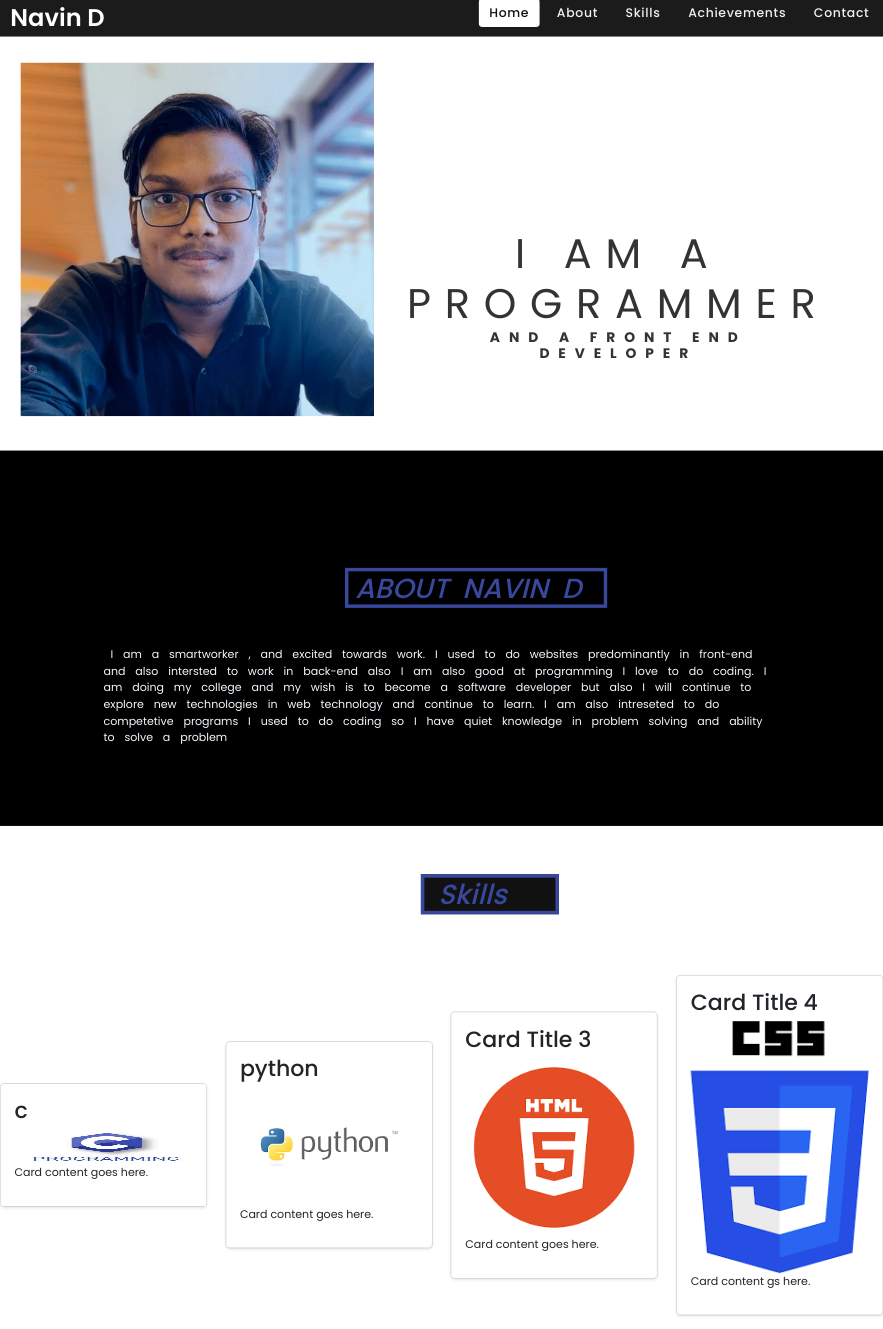
Repository: NavinDayanithi/OIBSIP
Page: Portfolio/index.html
An editor plug-in stored every save of this project. The page is shown before and after the next save, followed by the edit.
The browser window is 1280 px wide. The pictures show the whole page, at 69% of full size.

Above is the page before, as saved 2023-02-21 20:11:56.
Console error: TypeError: Cannot read properties of undefined (reading 'fn')

### Portfolio/index.html
<!DOCTYPE html>
<!-- Created By CodingNepal -->
<html lang="en" dir="ltr">
   <head>

      <meta charset="utf-8">
      <title>Navin's Portfolio</title>
      <script src="https://cdnjs.cloudflare.com/ajax/libs/OwlCarousel2/2.3.4/owl.carousel.min.js"></script>
      <script type="text/javascript" src="script.js"></script>
      <link rel="stylesheet" href="style.css">
      <link rel="stylesheet" href="https://cdnjs.cloudflare.com/ajax/libs/font-awesome/5.15.3/css/all.min.css"/>
      <meta name="viewport" content="width=device-width, initial-scale=1.0">
      <link href="https://cdn.jsdelivr.net/npm/bootstrap@5.3.0-alpha1/dist/css/bootstrap.min.css" rel="stylesheet" integrity="sha384-GLhlTQ8iRABdZLl6O3oVMWSktQOp6b7In1Zl3/Jr59b6EGGoI1aFkw7cmDA6j6gD" crossorigin="anonymous">
   </head>
   <body>
      <nav>
         <div class="logo">
            Navin D
         </div>
         <input type="checkbox" id="click">
         <label for="click" class="menu-btn">
         <i class="fas fa-bars"></i>
         </label>
         <ul>
            <li><a class="active" href="#">Home</a></li>
            <li><a href="#about">About</a></li>
            <li><a href="#skills">Skills</a></li>
            <li><a href="#">Achievements</a></li>
            <li><a href="#">Contact</a></li>
         </ul>
      </nav>
      <div >
        <img src="navinppimg.jpeg"  class="img1" alt="navinimg">
      </div>
      <div class="text-box">
        <h1 class="heading-primary">
         <span class="heading-primary-main">I am a Programmer</span>
          <span class="heading-primary-sub">and a front end developer</span>
         </h1>
   </div>
   <section class="about" id="about">
      <!-- <img class="about-img" src="https://embetronicx.com/wp-content/uploads/2017/08/background.jpg"  class="img1" alt="navinimg"> -->
      <div class="about-text">
         <h1> <i>ABOUT NAVIN D</i></h1>
         <br/>
         <br/>

         <p> I am a smartworker , and excited towards work.
             I used to do websites predominantly in front-end
             and also intersted to work in back-end also
             I am also good at programming I love to do coding. I am doing my college and my wish is to become a software developer but also I will continue to explore new technologies in web technology and continue to learn. I am also intreseted to do competetive programs I used to do coding so I have quiet knowledge in problem solving

            and ability to solve a problem</p>
      </div>


</section>
<section class="skills" id="skills">
    <h1><i>Skills</i></h1>

<div class="card-container">
   <div class="card">
     <h2>c</h2>
     <img class="c" src="c logo.jfif"></img>
     <p>Card content goes here.</p>
   </div>
   <div class="card">
     <h2>python</h2>
     <img src="py.png"></img>
     <p>Card content goes here.</p>
   </div>
   <div class="card">
     <h2>Card Title 3</h2>
     <img src="htmllogo.png"></img>
     <p>Card content goes here.</p>
   </div>
   <div class="card">
     <h2>Card Title 4</h2>
     <img src="css.png"></img>
     <p>Card content gs here.</p>
   </div>
 </div>
 </section>
       </body>
</html>

### Portfolio/style.css
@import url('https://fonts.googleapis.com/css?family=Poppins:400,500,600,700&display=swap');
*{
  margin: 0;
  padding: 0;
  box-sizing: border-box;
  font-family: 'Poppins', sans-serif;
}
nav{
  display: flex;
  height: 100%;
  width: 100%;
  background: #1b1b1b;
  align-items: center;
  justify-content: space-between;
  /* padding: 0 50px 0 50px; */
  /* flex-wrap: wrap; */
}
nav .logo{
  color: #fff;
  font-size: 35px;
  font-weight: 600;
  margin-left: 15px;
}
nav ul{
  display: flex;
  flex-wrap: wrap;
  list-style: none;
}
nav ul li{
  margin: 0 5px;
}
nav ul li a{
  color: #f2f2f2;
  text-decoration: none;
  font-size: 18px;
  font-weight: 500;
  padding: 8px 15px;
  border-radius: 5px;
  letter-spacing: 1px;
  transition: all 0.3s ease;
}
nav ul li a.active,
nav ul li a:hover{
  color: #111;
  background: #fff;
}
nav .menu-btn i{
  color: #fff;
  font-size: 22px;
  cursor: pointer;
  display: none;
}
input[type="checkbox"]{
  display: none;
}
@media (max-width: 1000px){
  nav{
    padding: 0 40px 0 50px;
  }
}
@media (max-width: 920px) {
  nav .menu-btn i{
    display: block;
  }
  #click:checked ~ .menu-btn i:before{
    content: "\f00d";
  }
  nav ul{
    position: fixed;
    top: 80px;
    left: -100%;
    background: #111;
    height: 100vh;
    width: 100%;
    text-align: center;
    display: block;
    transition: all 0.3s ease;
  }
  #click:checked ~ ul{
    left: 0;
  }
  nav ul li{
    width: 100%;
    margin: 40px 0;
  }
  nav ul li a{
    width: 100%;
    margin-left: -100%;
    display: block;
    font-size: 20px;
    transition: 0.6s cubic-bezier(0.68, -0.55, 0.265, 1.55);
  }
  #click:checked ~ ul li a{
    margin-left: 0px;
  }
  nav ul li a.active,
  nav ul li a:hover{
    background: none;
    color: cyan;
  }
}
.content{
  position: absolute;
  top: 50%;
  left: 50%;
  transform: translate(-50%, -50%);
  text-align: center;
  z-index: -1;
  width: 100%;
  padding: 0 30px;
  color: #1b1b1b;
}
.content div{
  font-size: 40px;
  font-weight: 700;
}

.text-box {
    position: absolute;
    top: 60%;
    left: 70%;
    transform: translate(-50%, -50%);
    text-align:center;
  }

  .heading-primary {
      color:#333;
      text-transform: uppercase;
  }

  .heading-primary-main {
      display: block;
      font-size: 60px;
      font-weight: 400;
      letter-spacing: 20px;
     /*  Animation decalaration   */
      animation-name: moveInleft;
      animation-duration: 3s;
  }

  .heading-primary-sub {
      display: block;
      font-size: 20px;
      font-weight: 700;
      letter-spacing: 12.9px;

      animation-name: moveInRight;
      animation-duration: 3s;
  }

  @keyframes moveInleft {
      0% {
          opacity: 0;
          transform: translateX(-100px);
      }

      80% {
          transform: translateX(10px);
      }
      100% {
          opacity: 1;
          transform: translate(0);
      }
  }

  @keyframes moveInRight {
      0% {
          opacity: 0;
          transform: translateX(100px);
      }

      80% {
          transform: translateX(-10px);
      }

      100% {
          opacity: 1;
          transform: translate(0);
      }

  }
  .img1{
    margin-left: 30px;
     margin-top: 3%;
    display: block;
    height:40%;
    width:40%;


  }
  .a{
    float: left;
    /* display: inline; */
    width: 50%;


  }
  .b{
    /* display: inline; */
    float:right;
    width: 50%;
    margin-left: 50px;


  }
   .about{
    background-color: black;
    /* height: 500px; */
    /* width: 100%; */
   margin-top: 50px;

  }

 .about-text {
  padding-top: 100px;
  padding-bottom: 100px;
   padding-left: 150px;
   padding-right: 150px;
   word-spacing: 10px;
   text-indent: 10px;
   color:aliceblue


}
.about-text h1{
  color: rgb(57, 72, 157);
   margin-top: 70px;
   margin-left:350px;
  border:5px solid rgb(57, 72, 157);
  width: 380px;

}
 .skills h1{
  color: rgb(57, 72, 157);
  background-color: #111;
  margin-top: 70px;
  margin-left:610px;
  padding-left: 20px;
 border:5px solid rgb(57, 72, 157);
 width: 200px;

 }



 .card-container {
  display: flex;
  flex-wrap: wrap;
  justify-content: space-between;
  align-items: center;
  padding-top: 80px;
}
.card {
  background-color: #fff;
  border: 1px solid #ddd;
  border-radius: 5px;
  box-shadow: 0 2px 4px rgba(0, 0, 0, 0.1);
  margin-bottom: 20px;
  width: calc(33.33% - 10px);
  max-width: 300px;
  padding: 20px;
  box-sizing: border-box;
}
.c{
  height: 50px;
}

Loaded but not shown: Portfolio/script.js (common file)

After the next save:
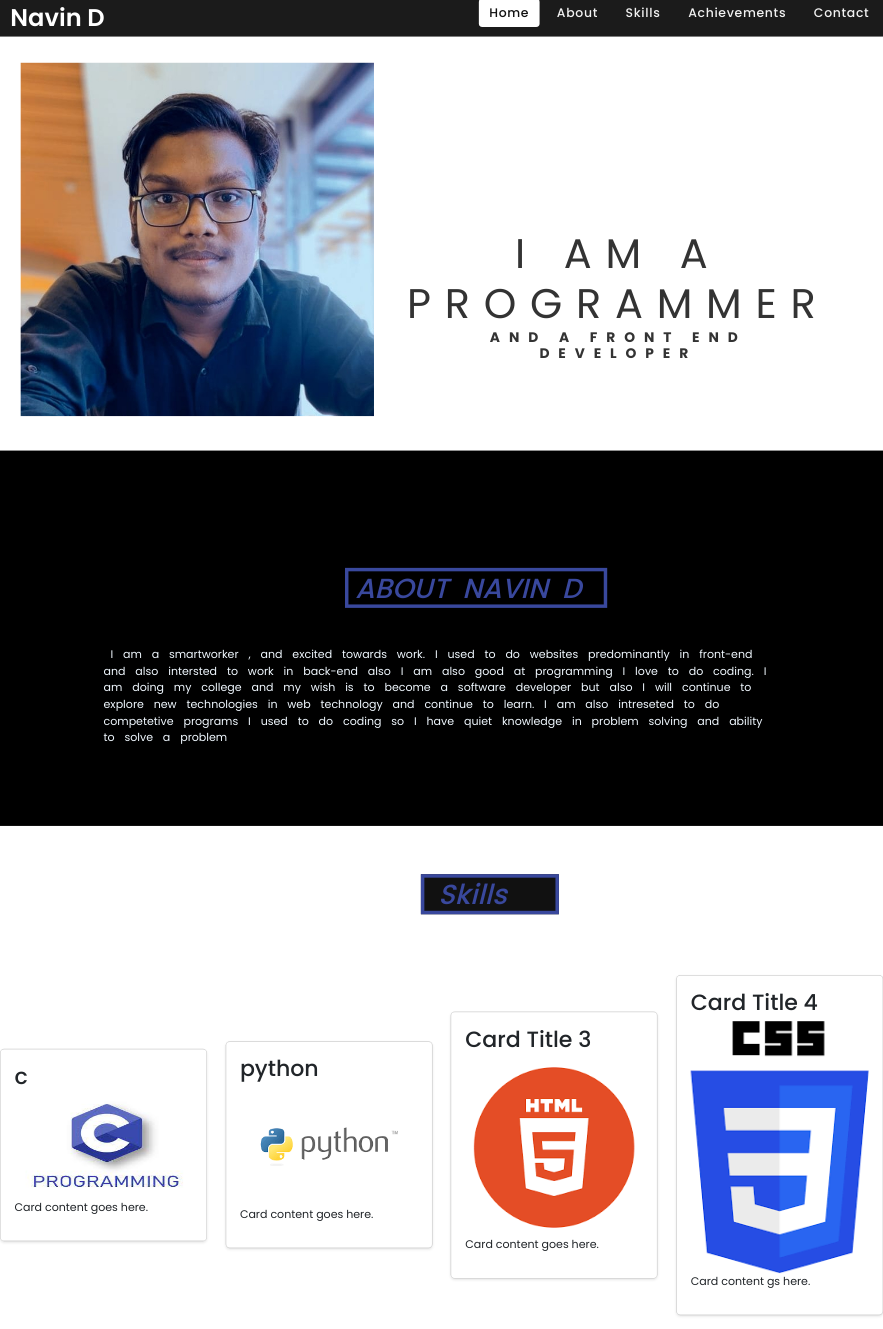
Saved 7 s later.
--- a/Portfolio/style.css
+++ b/Portfolio/style.css
@@ -262,5 +262,5 @@
   box-sizing: border-box;
 }
 .c{
-  height: 50px;
-}
+  height: 150px;
+}
